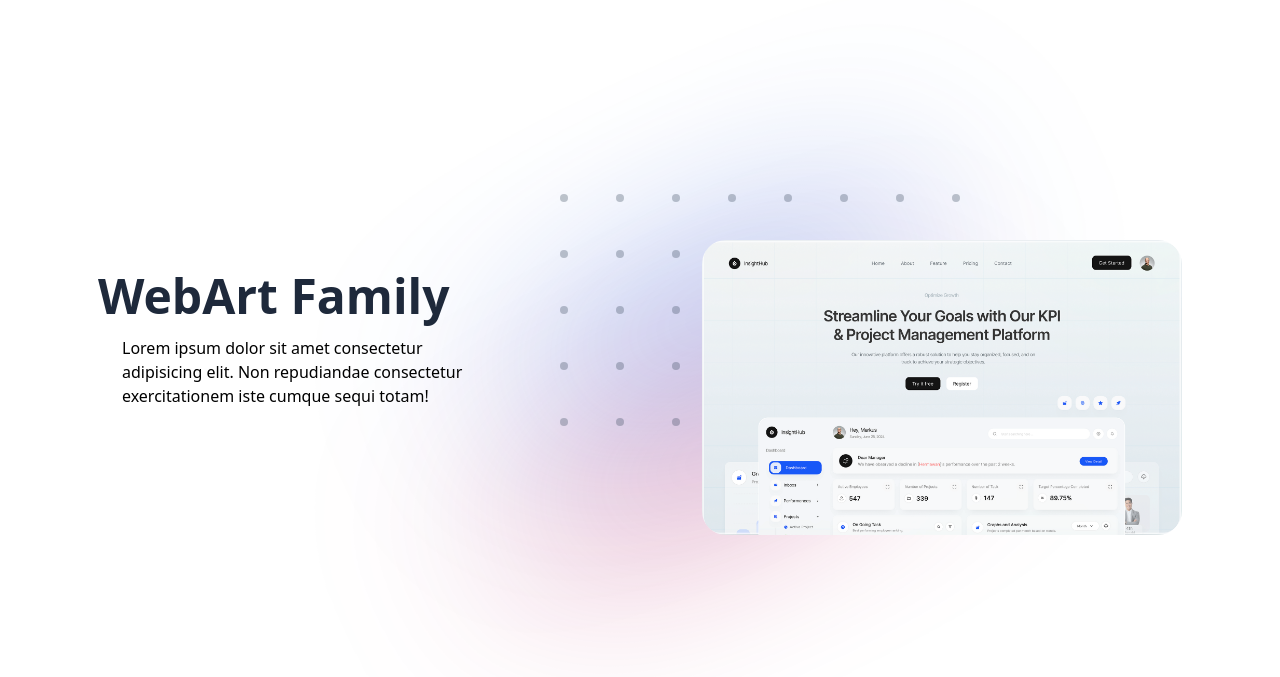
Repository: 30namp/youtube-web-art-code
Page: stunning landing page 1/index.html
The author's editor kept a copy of each file at every save. The page is drawn from the files as they stood at one save, then again after the next save.
The browser window is 1280 px wide. The pictures show the whole page.

Above is the page before, as saved 2024-09-26 18:32:53.

After the next save:
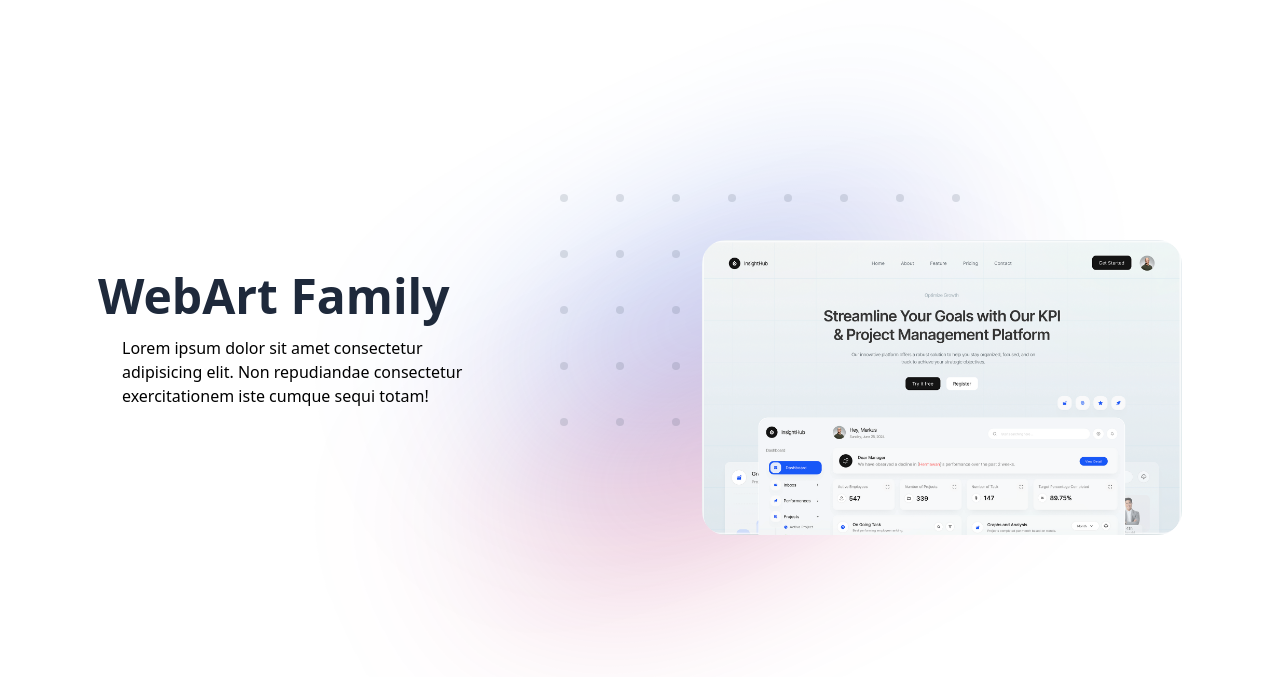
Saved 24 s later.
--- a/stunning landing page 1/index.html
+++ b/stunning landing page 1/index.html
@@ -14,7 +14,7 @@
       class="absolute right-[25%] top-[40%] h-12 w-[30rem] rounded-[100%] rotate-[-25deg] bg-blue-700 blur-[6rem]"
     ></div>
     <div
-      class="grid grid-cols-8 gap-12 absolute right-[25%] top-[27%] animate-ping"
+      class="grid grid-cols-8 gap-12 absolute right-[25%] top-[27%] animate-pulse"
     >
       <div class="rounded-full bg-slate-700/30 size-2 shadow-lg"></div>
       <div class="rounded-full bg-slate-700/30 size-2 shadow-lg"></div>

After the save that followed:
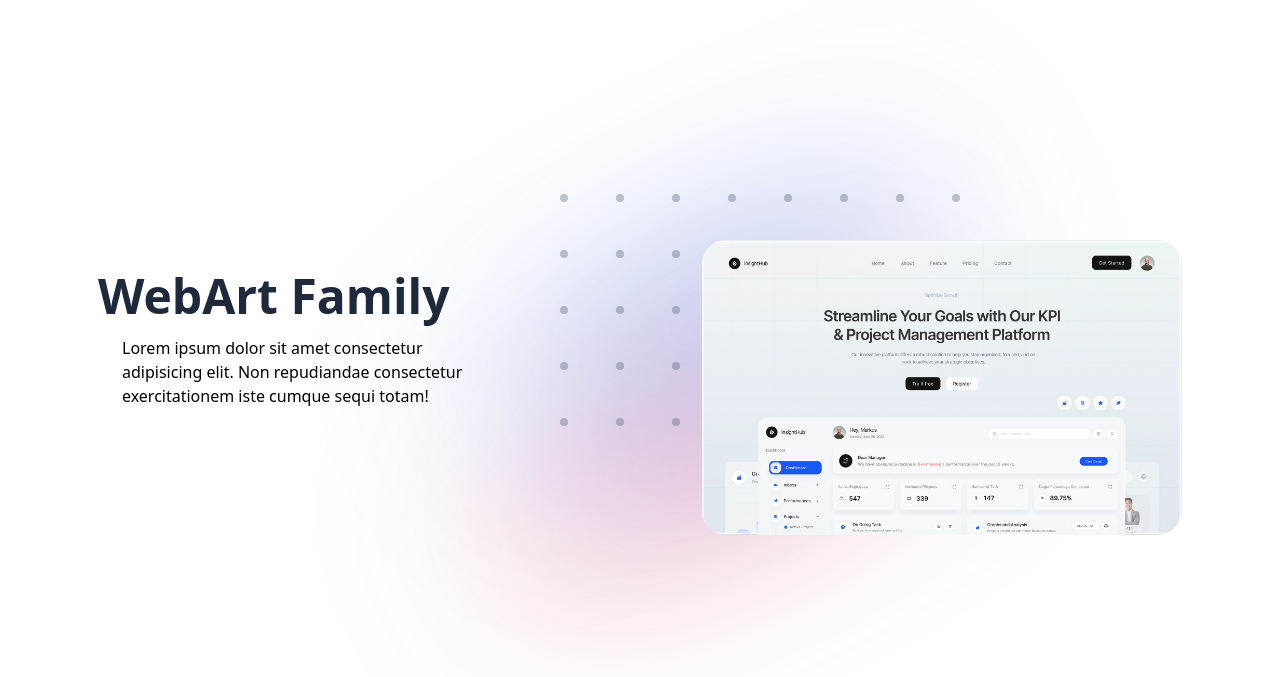
Saved 29 s later.
--- a/stunning landing page 1/index.html
+++ b/stunning landing page 1/index.html
@@ -13,10 +13,10 @@
     <div
       class="absolute right-[25%] top-[40%] h-12 w-[30rem] rounded-[100%] rotate-[-25deg] bg-blue-700 blur-[6rem]"
     ></div>
-    <div
-      class="grid grid-cols-8 gap-12 absolute right-[25%] top-[27%] animate-pulse"
-    >
-      <div class="rounded-full bg-slate-700/30 size-2 shadow-lg"></div>
+    <div class="grid grid-cols-8 gap-12 absolute right-[25%] top-[27%]">
+      <div
+        class="rounded-full bg-slate-700/30 size-2 shadow-lg animate-ping"
+      ></div>
       <div class="rounded-full bg-slate-700/30 size-2 shadow-lg"></div>
       <div class="rounded-full bg-slate-700/30 size-2 shadow-lg"></div>
       <div class="rounded-full bg-slate-700/30 size-2 shadow-lg"></div>
